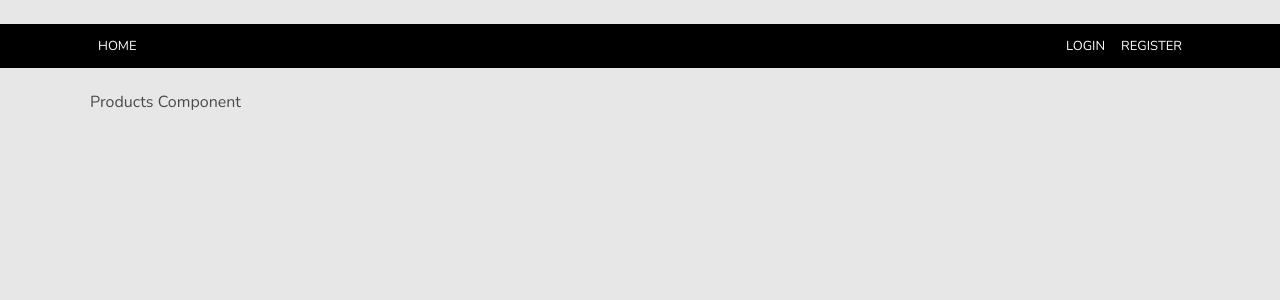
Repository: DraxZh/sneaker_shopping
Page: /
These files come from the project's save history. The page is drawn as it stood at one moment and after the next save; the edit follows.
The browser window is 1280 px wide. The pictures show the whole page.
The project was rebuilt for these pictures with package versions that can differ from the ones it lists, and the page was loaded fresh each time.

Above is the page before, as saved 2021-11-30 16:56:45.

After the next save:
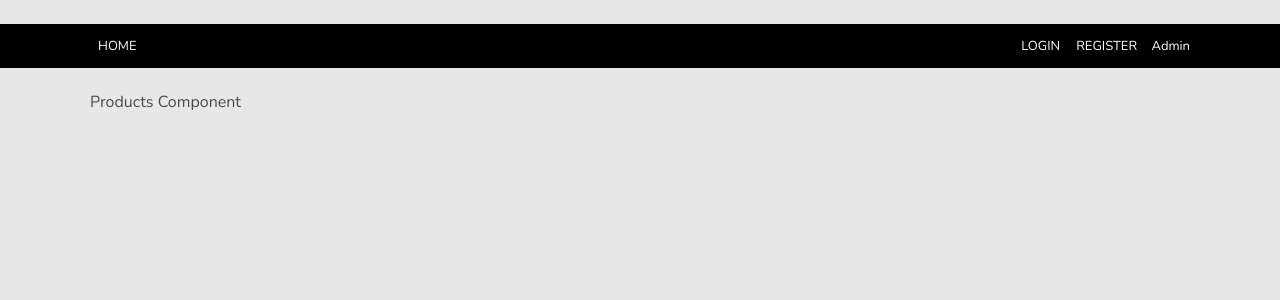
Saved 14 min 36 s later.
--- a/src/components/Header.js
+++ b/src/components/Header.js
@@ -11,6 +11,9 @@
                     <div className="end">
                         <a href="/">Login</a>
                         <a href="/">Register</a>
+                        <span className="nickname">
+                            {this.props.nickname}
+                        </span>
                     </div>
                 </div>
             </div>
